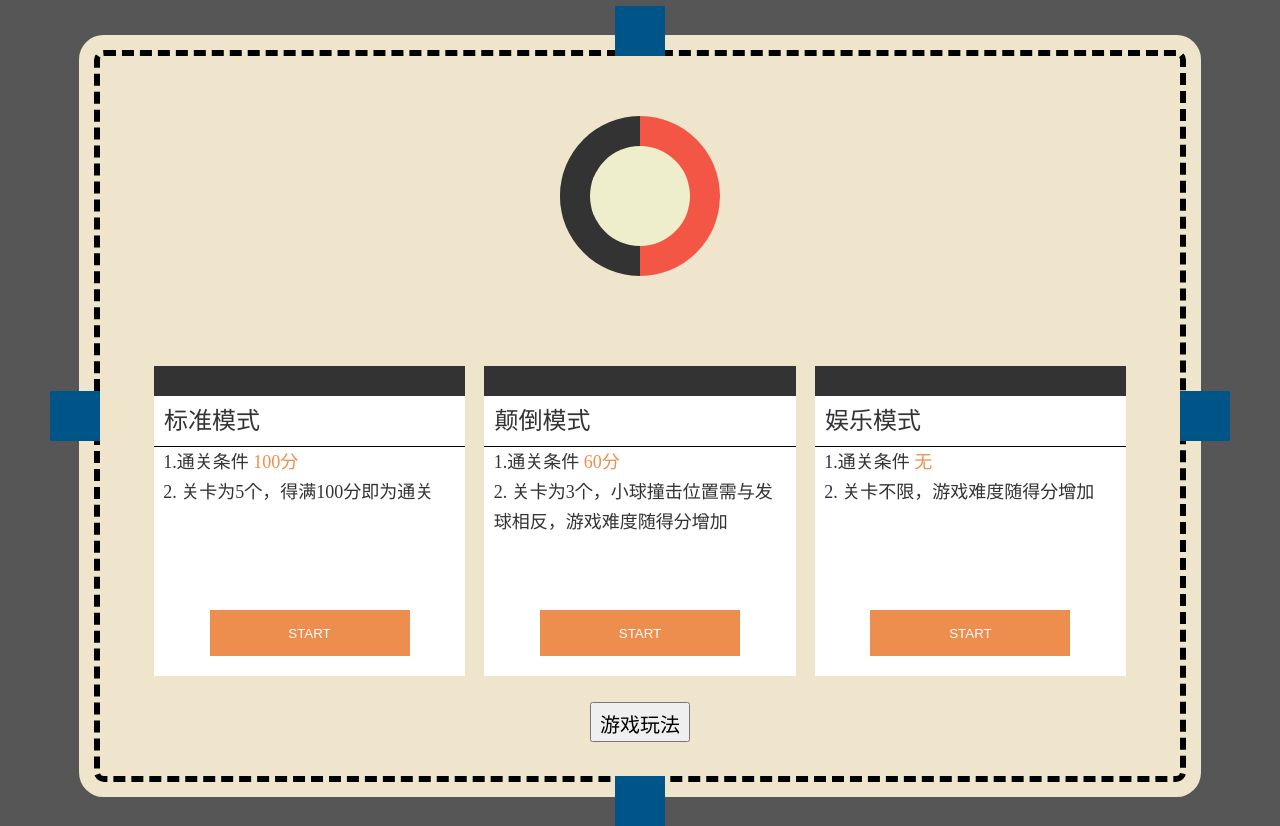
Repository: EEETA/ball-game
Page: theBall2/index.html
The author's editor kept a copy of each file at every save. The page is drawn from the files as they stood at one save, then again after the next save.
The browser window is 1280 px wide. The pictures show the whole page.

Above is the page before, as saved 2018-08-20 11:23:38.

After the next save:
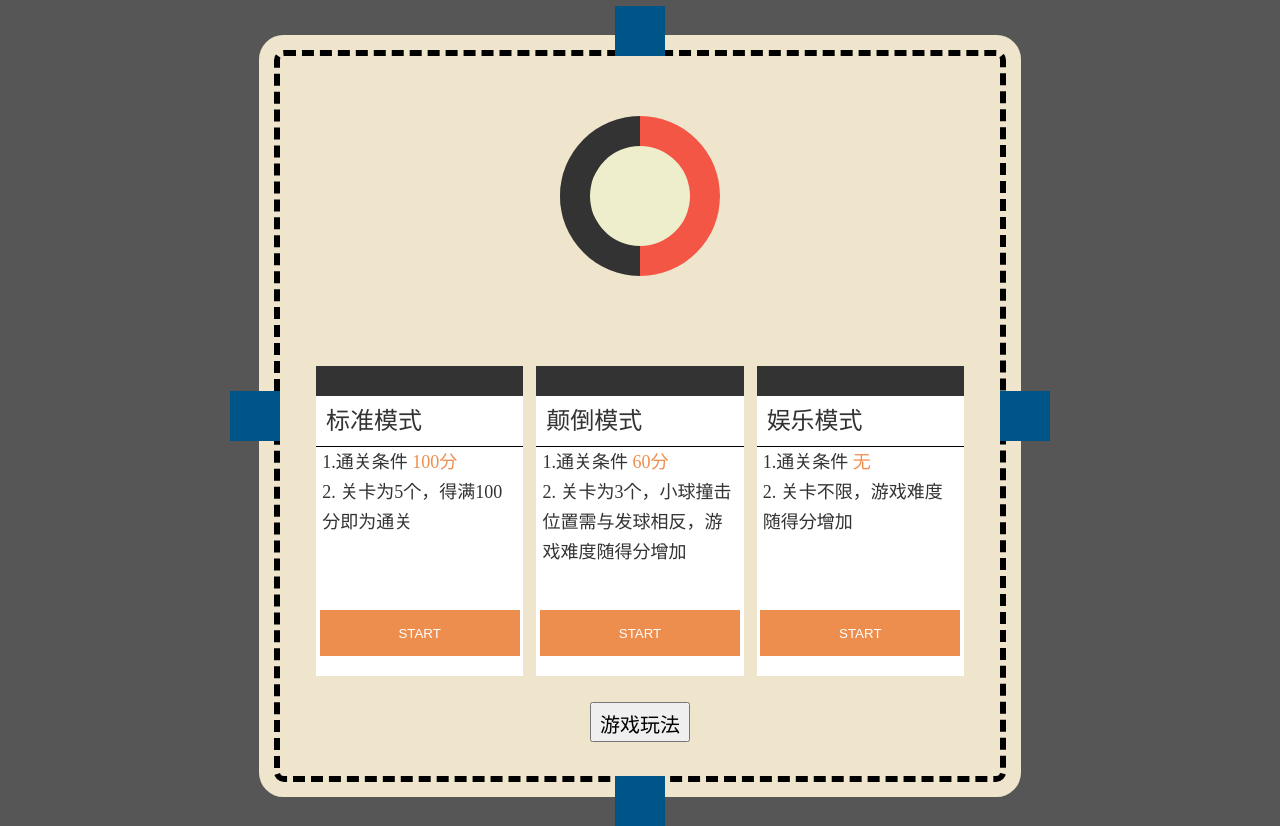
Saved 50 s later.
--- a/theBall2/style/index.css
+++ b/theBall2/style/index.css
@@ -8,7 +8,7 @@
     position: relative;
     margin: 50px auto 0;
     /* overflow: hidden; */
-    width: 1080px;
+    width: 720px;
     height: 720px;
     background: #eee5cc;
     border: 6px dashed #000;
